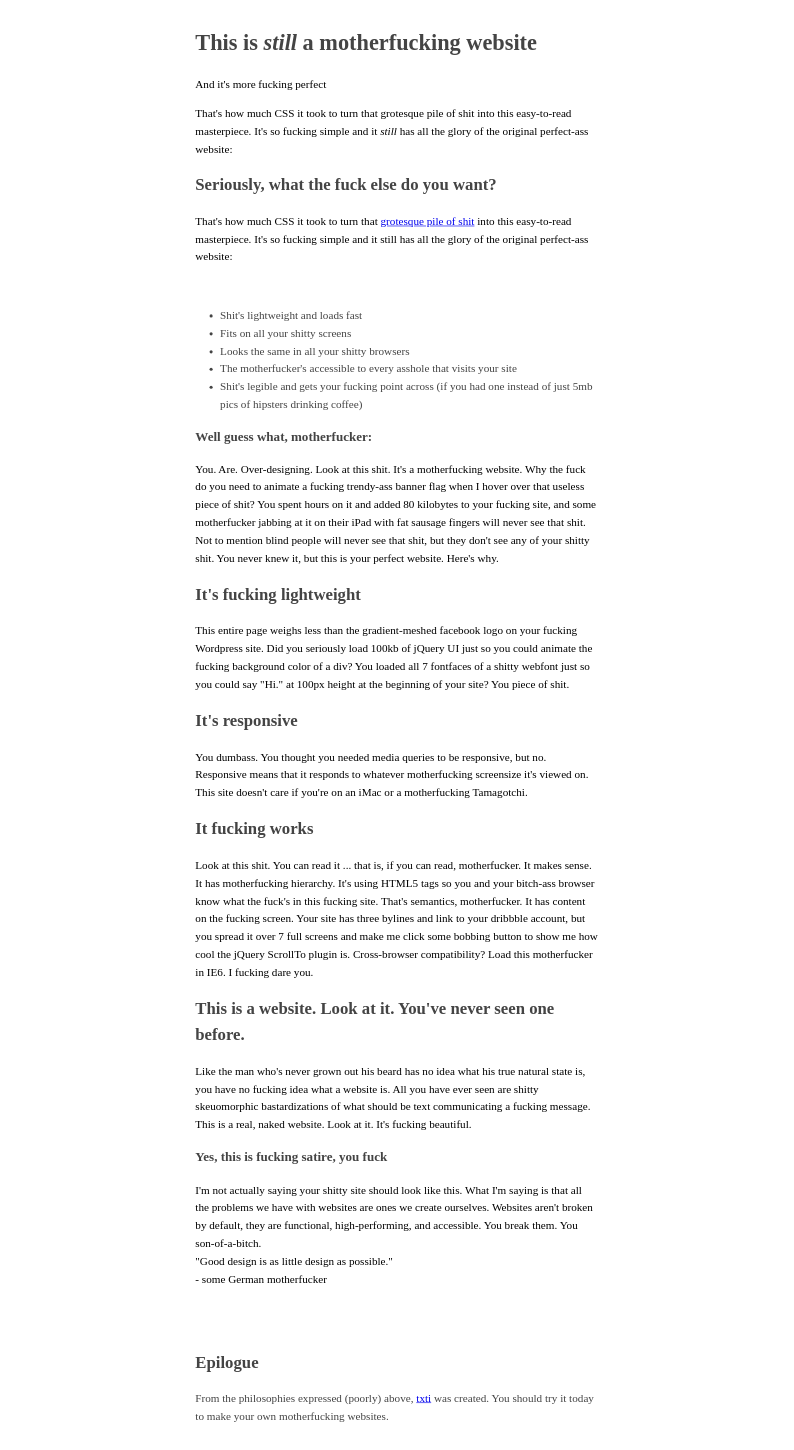
Repository: Ulrichvoitier/Refaire-Google
Page: Better MotherFuckingWebsite.html
The author's editor kept a copy of each file at every save. The page is drawn from the files as they stood at one save, then again after the next save.
The browser window is 1280 px wide. The pictures show the whole page, at 62% of full size.

Above is the page before, as saved 2023-01-09 20:56:25.

### Better MotherFuckingWebsite.html
<html lang="fr">
    <head>
        <meta charset="utf-8">
        <title> <h1>This is <i>still</i> a motherfucking website </strong></h1></title>
    <link rel="stylesheet" href="style.css">
    </head>
    <body>
         <h1>This is <em>still</em> a motherfucking website </h1>
<p>And it's more fucking perfect
    <p>That's how much CSS it took to turn that grotesque pile of shit into this easy-to-read masterpiece. It's so fucking simple and it <em>still</em> has all the glory of the original perfect-ass website:</p>
<h2>Seriously, what the fuck else do you want?</h2>
<p>That's how much CSS it took to turn that <a href="file:///media/fuse/crostini_059cf6db8a76656857740c4a03e60a0393812b57_termina_penguin/MotherFuckingWebsite.html"> grotesque pile of shit</a> into this easy-to-read masterpiece. It's so fucking simple and it still has all the glory of the original perfect-ass website:</p>
<br>
    <ul>
        <li>Shit's lightweight and loads fast</li>
        <li>Fits on all your shitty screens</li>
        <li>Looks the same in all your shitty browsers</li>
        <li>The motherfucker's accessible to every asshole that visits your site</li>
        <li>Shit's legible and gets your fucking point across (if you had one instead of just 5mb pics of hipsters drinking coffee)</li>
    </ul>
<h3>Well guess what, motherfucker:</h3>
<p>You. Are. Over-designing. Look at this shit. It's a motherfucking website. Why the fuck do you need to animate a fucking trendy-ass banner flag when I hover over that useless piece of shit? You spent hours on it and added 80 kilobytes to your fucking site, and some motherfucker jabbing at it on their iPad with fat sausage fingers will never see that shit. Not to mention blind people will never see that shit, but they don't see any of your shitty shit.

    You never knew it, but this is your perfect website. Here's why.</p>

<h2>It's fucking lightweight</h2>
<p>This entire page weighs less than the gradient-meshed facebook logo on your fucking Wordpress site. Did you seriously load 100kb of jQuery UI just so you could animate the fucking background color of a div? You loaded all 7 fontfaces of a shitty webfont just so you could say "Hi." at 100px height at the beginning of your site? You piece of shit.</p>

<h2>It's responsive</h2>
<p>You dumbass. You thought you needed media queries to be responsive, but no. Responsive means that it responds to whatever motherfucking screensize it's viewed on. This site doesn't care if you're on an iMac or a motherfucking Tamagotchi.</p>

<h2>It fucking works</h2>
<p>Look at this shit. You can read it ... that is, if you can read, motherfucker. It makes sense. It has motherfucking hierarchy. It's using HTML5 tags so you and your bitch-ass browser know what the fuck's in this fucking site. That's semantics, motherfucker.

    It has content on the fucking screen. Your site has three bylines and link to your dribbble account, but you spread it over 7 full screens and make me click some bobbing button to show me how cool the jQuery ScrollTo plugin is.

    Cross-browser compatibility? Load this motherfucker in IE6. I fucking dare you.</p>

<h2>This is a website. Look at it. You've never seen one before.</h2>
<p>Like the man who's never grown out his beard has no idea what his true natural state is, you have no fucking idea what a website is. All you have ever seen are shitty skeuomorphic bastardizations of what should be text communicating a fucking message. This is a real, naked website. Look at it. It's fucking beautiful.</p>

<h3>Yes, this is fucking satire, you fuck</h3>
<p>I'm not actually saying your shitty site should look like this. What I'm saying is that all the problems we have with websites are ones we create ourselves. Websites aren't broken by default, they are functional, high-performing, and accessible. You break them. You son-of-a-bitch.
<br>
    "Good design is as little design as possible."<br>
    - some German motherfucker</p>
    <br>
    <br>
<h2>Epilogue</h2>
From the philosophies expressed (poorly) above, <a href="http://txti.es/">txti</a> was created. You should try it today to make your own motherfucking websites.
    </body>
</html>

### style.css
p{
color:black;

}
body {
    margin: 40px auto;
    max-width: 650px;
    line-height: 1.6;
    font-size: 18px;
    color: #444;
    padding: 0 10px;
}

After the next save:
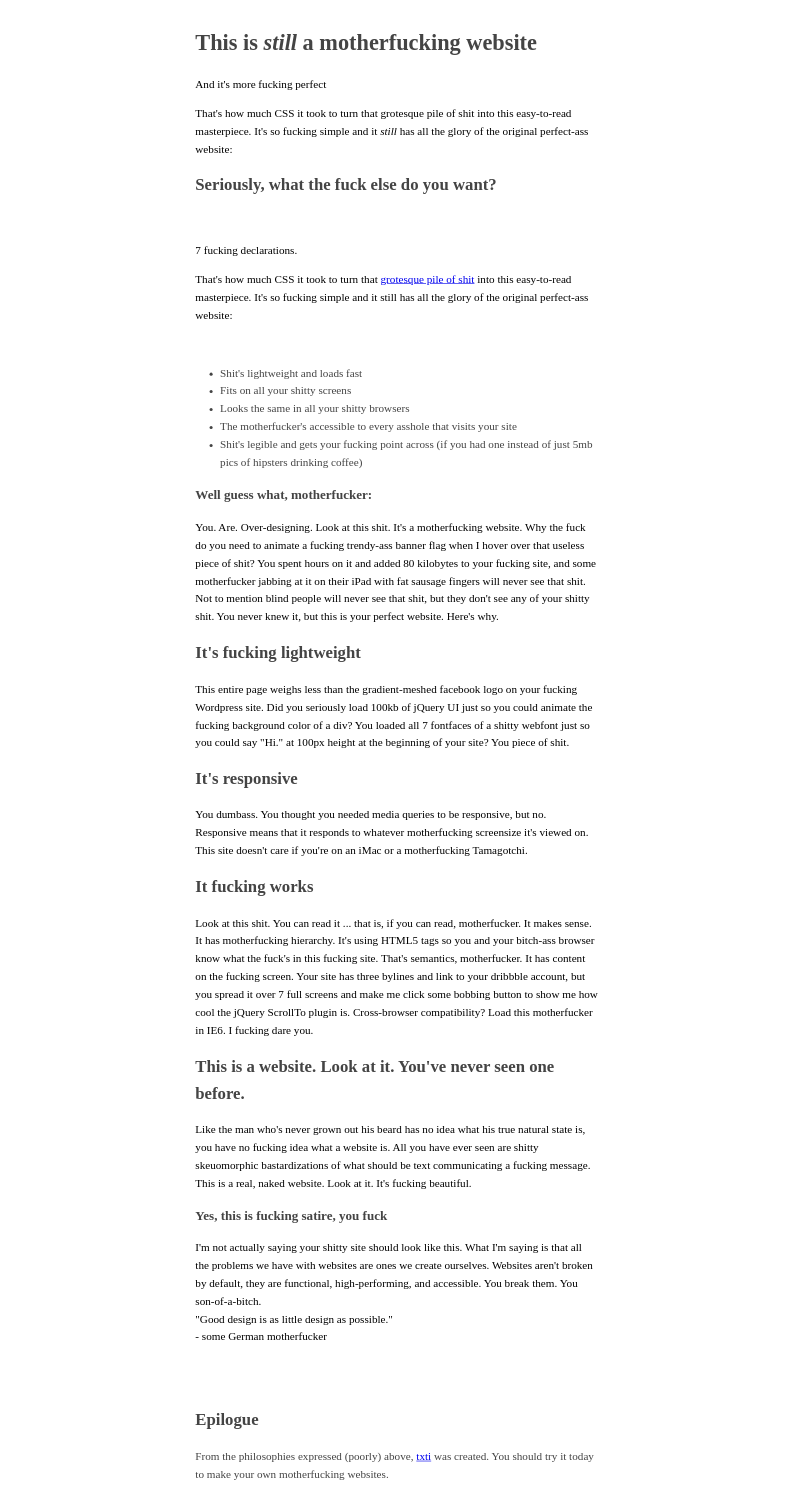
Saved 95 s later.
--- a/Better MotherFuckingWebsite.html
+++ b/Better MotherFuckingWebsite.html
@@ -8,7 +8,9 @@
          <h1>This is <em>still</em> a motherfucking website </h1>
 <p>And it's more fucking perfect
     <p>That's how much CSS it took to turn that grotesque pile of shit into this easy-to-read masterpiece. It's so fucking simple and it <em>still</em> has all the glory of the original perfect-ass website:</p>
-<h2>Seriously, what the fuck else do you want?</h2>
+<h2>Seriously, what the fuck else do you want?</h2><br>
+<p>7 fucking declarations.
+</p>
 <p>That's how much CSS it took to turn that <a href="file:///media/fuse/crostini_059cf6db8a76656857740c4a03e60a0393812b57_termina_penguin/MotherFuckingWebsite.html"> grotesque pile of shit</a> into this easy-to-read masterpiece. It's so fucking simple and it still has all the glory of the original perfect-ass website:</p>
 <br>
     <ul>
